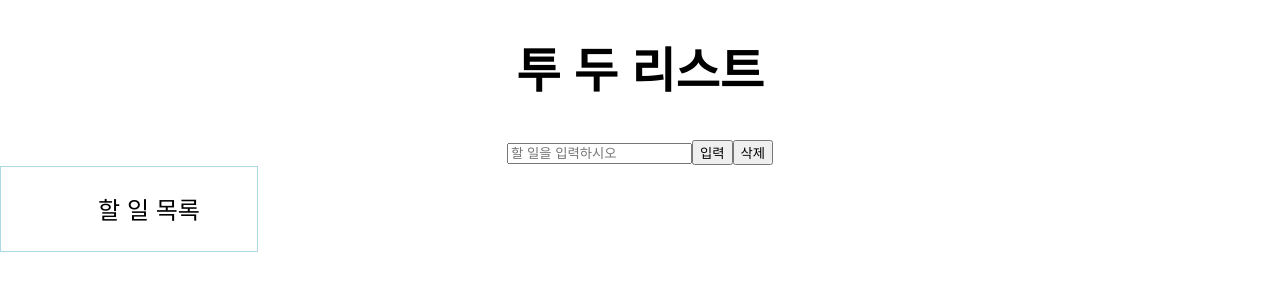
Repository: jun01270/Todo-List_React
Page: /
These files come from the project's save history. The page is drawn as it stood at one moment and after a run of saves; the edit follows.
The browser window is 1280 px wide. The pictures show the whole page.
The project was rebuilt for these pictures with package versions that can differ from the ones it lists, and the page was loaded fresh each time.

Above is the page before, as saved 2023-01-03 02:32:27.

After the next 2 saves:
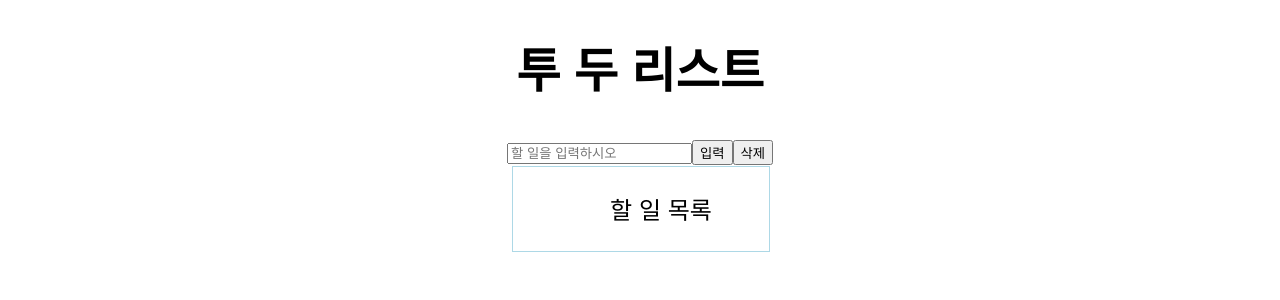
The 2 saves are shown as one change because they came seconds apart.
The last was saved 14 s later.
--- a/src/App.css
+++ b/src/App.css
@@ -8,6 +8,7 @@
 }
 
 .todo-items {
+  margin-left: 40%;
   width: 20%;
   border: 1px solid lightblue;
 }
